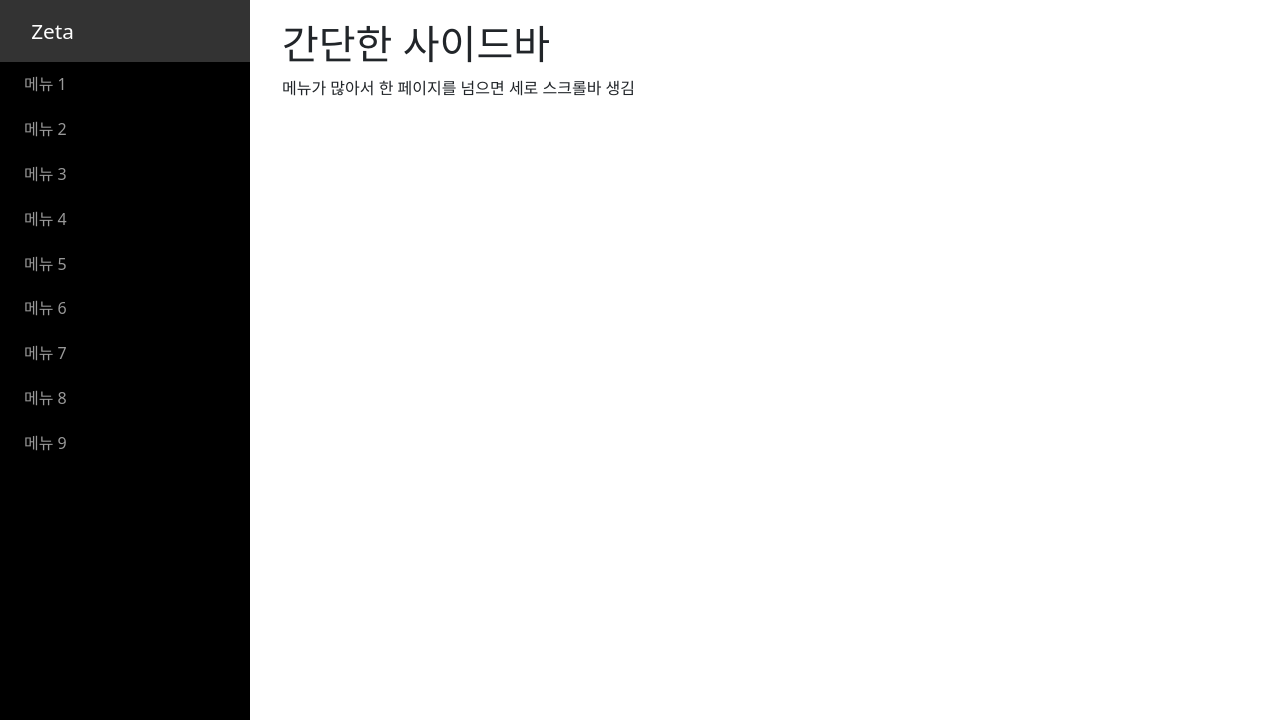
Repository: pardax/Spring_Introduction
Page: http://localhost/fragments/sidebar
These files come from the project's save history. The page is drawn as it stood at one moment and after the next save; the edit follows.
The browser window is 1280 px wide. The pictures show the whole page.
The page is this project's Thymeleaf template; nobody is signed in. The template is opened directly, without the code that normally fills it, so the values that code supplies are empty.

Above is the page before, as saved 2022-12-10 15:48:53.

After the next save:
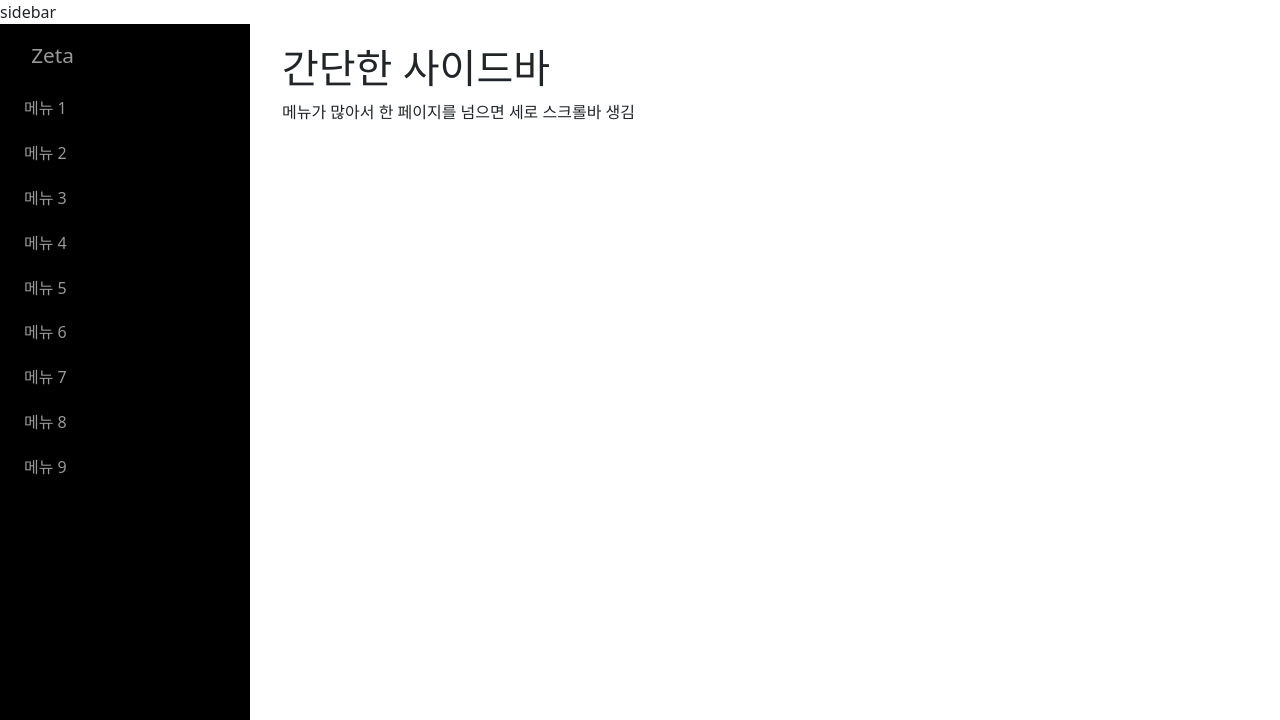
Saved 32 s later.
--- a/SpringCapstone/src/main/resources/templates/fragments/sidebar.html
+++ b/SpringCapstone/src/main/resources/templates/fragments/sidebar.html
@@ -1,3 +1,4 @@
+sidebar
 <link rel="stylesheet" href="//maxcdn.bootstrapcdn.com/bootstrap/latest/css/bootstrap.min.css">
 <script src="//code.jquery.com/jquery.min.js"></script>
 <script src="//maxcdn.bootstrapcdn.com/bootstrap/latest/js/bootstrap.min.js"></script>

After the save that followed:
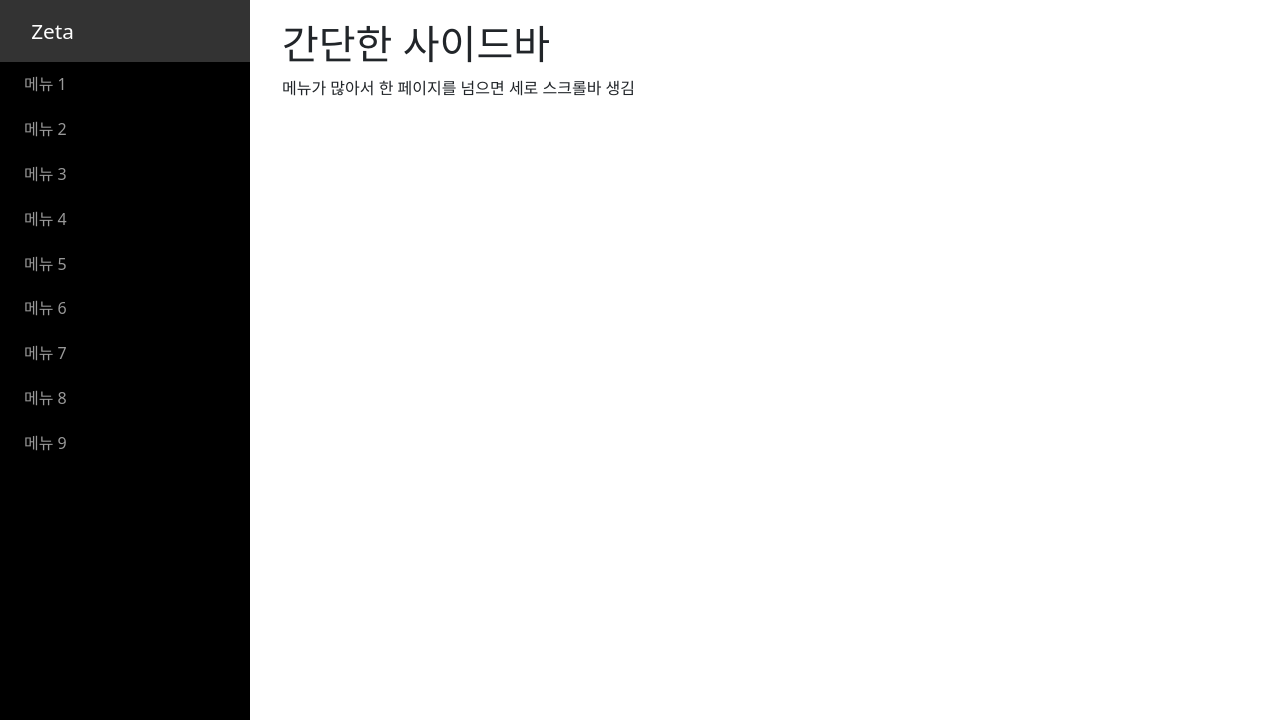
Saved 9 s later.
--- a/SpringCapstone/src/main/resources/templates/fragments/sidebar.html
+++ b/SpringCapstone/src/main/resources/templates/fragments/sidebar.html
@@ -1,4 +1,4 @@
-sidebar
+<!DOCTYPE html>
 <link rel="stylesheet" href="//maxcdn.bootstrapcdn.com/bootstrap/latest/css/bootstrap.min.css">
 <script src="//code.jquery.com/jquery.min.js"></script>
 <script src="//maxcdn.bootstrapcdn.com/bootstrap/latest/js/bootstrap.min.js"></script>
